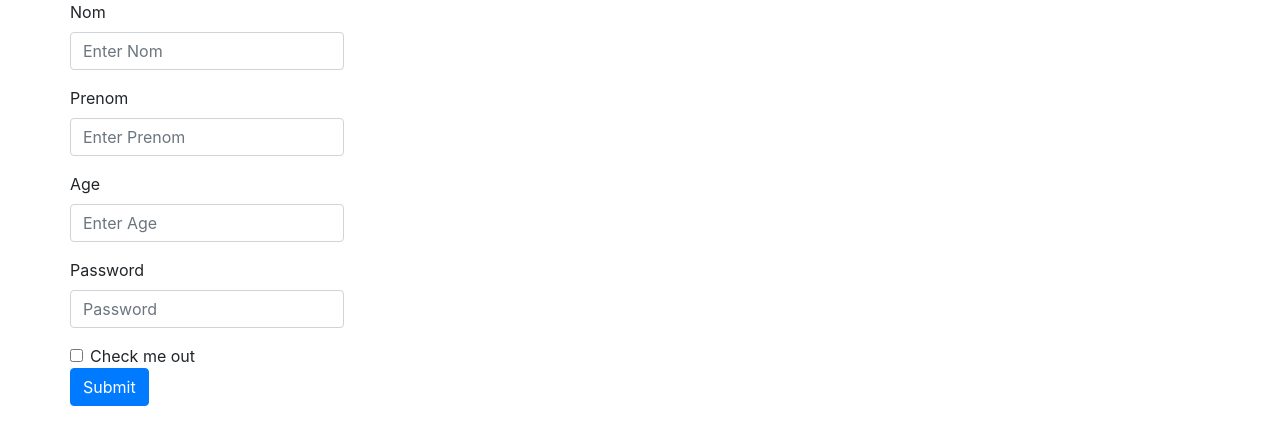
Repository: MacCampers/java-stuff
Page: http://localhost/ProjetResto/
These files come from the project's save history. The page is drawn as it stood at one moment and after the next save; the edit follows.
The browser window is 1280 px wide. The pictures show the whole page.
The page is served by Tomcat 9. Nobody is signed in. The application's start-up code is not run. Other server files are loaded and not shown.

Above is the page before, as saved 2020-02-14 14:00:04.

### workspaceJSP/ProjetResto/src/main/webapp/index.jsp
<%@ page language="java" contentType="text/html; charset=ISO-8859-1"
	pageEncoding="ISO-8859-1"%>
<!DOCTYPE html PUBLIC "-//W3C//DTD HTML 4.01 Transitional//EN" "http://www.w3.org/TR/html4/loose.dtd">

<html lang="en">
<head>
<title>JSON Form</title>
<meta charset="utf-8">
<meta name="viewport"
	content="width=device-width, initial-scale=1, shrink-to-fit=no">
<link rel="stylesheet"
	href="https://maxcdn.bootstrapcdn.com/bootstrap/4.0.0/css/bootstrap.min.css"
	integrity="sha384-Gn5384xqQ1aoWXA+058RXPxPg6fy4IWvTNh0E263XmFcJlSAwiGgFAW/dAiS6JXm"
	crossorigin="anonymous">
</head>
<body class="goto-here">
	<div class="container">
		<div class="row">
			<form>
				<div class="form-group">
					<label for="exampleInputname">Nom</label> <input
						type="text" class="form-control" id="exampleInputname"
						aria-describedby="emailHelp" placeholder="Enter Nom">
				</div>
				<div class="form-group">
					<label for="exampleInputPrenom">Prenom</label> <input
						type="text" class="form-control" id="exampleInputPrenom"
						aria-describedby="emailHelp" placeholder="Enter Prenom">
				</div>
				<div class="form-group">
					<label for="exampleInputAge">Age</label> <input
						type="text" class="form-control" id="exampleInputAge"
						aria-describedby="emailHelp" placeholder="Enter Age">
				</div>
				<div class="form-group">
					<label for="exampleInputPassword1">Password</label> <input
						type="password" class="form-control" id="exampleInputPassword1"
						placeholder="Password">
				</div>
				<div class="form-check">
					<input type="checkbox" class="form-check-input" id="exampleCheck1">
					<label class="form-check-label" for="exampleCheck1">Check
						me out</label>
				</div>
				<button type="submit" class="btn btn-primary">Submit</button>
			</form>
		</div>
	</div>
</body>
</html>

After the next save:
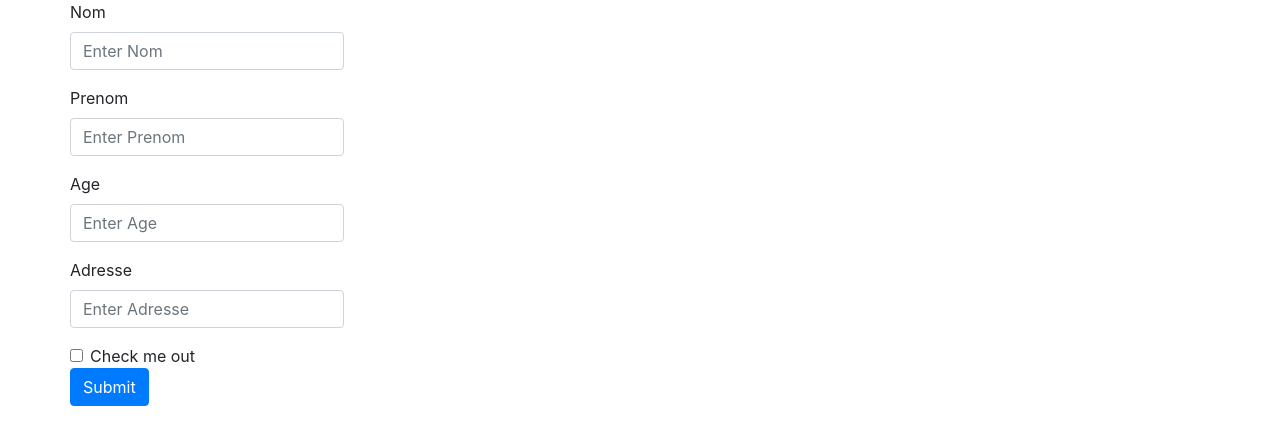
Saved 49 s later.
--- a/workspaceJSP/ProjetResto/src/main/webapp/index.jsp
+++ b/workspaceJSP/ProjetResto/src/main/webapp/index.jsp
@@ -18,25 +18,27 @@
 		<div class="row">
 			<form>
 				<div class="form-group">
-					<label for="exampleInputname">Nom</label> <input
-						type="text" class="form-control" id="exampleInputname"
+					<label for="exampleInputname">Nom</label> <input type="text"
+						class="form-control" id="exampleInputname"
 						aria-describedby="emailHelp" placeholder="Enter Nom">
 				</div>
 				<div class="form-group">
-					<label for="exampleInputPrenom">Prenom</label> <input
-						type="text" class="form-control" id="exampleInputPrenom"
+					<label for="exampleInputPrenom">Prenom</label> <input type="text"
+						class="form-control" id="exampleInputPrenom"
 						aria-describedby="emailHelp" placeholder="Enter Prenom">
 				</div>
 				<div class="form-group">
-					<label for="exampleInputAge">Age</label> <input
-						type="text" class="form-control" id="exampleInputAge"
+					<label for="exampleInputAge">Age</label> <input type="text"
+						class="form-control" id="exampleInputAge"
 						aria-describedby="emailHelp" placeholder="Enter Age">
 				</div>
+
 				<div class="form-group">
-					<label for="exampleInputPassword1">Password</label> <input
-						type="password" class="form-control" id="exampleInputPassword1"
-						placeholder="Password">
+					<label for="exampleInputAdresse">Adresse</label> <input type="text"
+						class="form-control" id="exampleInputAdresse"
+						aria-describedby="emailHelp" placeholder="Enter Adresse">
 				</div>
+
 				<div class="form-check">
 					<input type="checkbox" class="form-check-input" id="exampleCheck1">
 					<label class="form-check-label" for="exampleCheck1">Check
